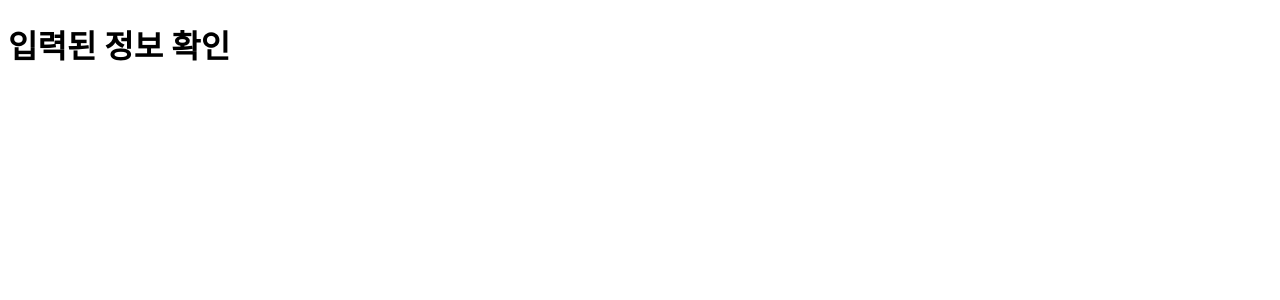
Repository: hyungryuk-zz/JAVA_CLASS
Page: http://localhost/JavaEEPrj/studentResult.jsp
These files come from the project's save history. The page is drawn as it stood at one moment and after the next save; the edit follows.
The browser window is 1280 px wide. The pictures show the whole page.
The page is served by Tomcat 9.

Above is the page before, as saved 2017-07-21 06:38:15.

After the next save:
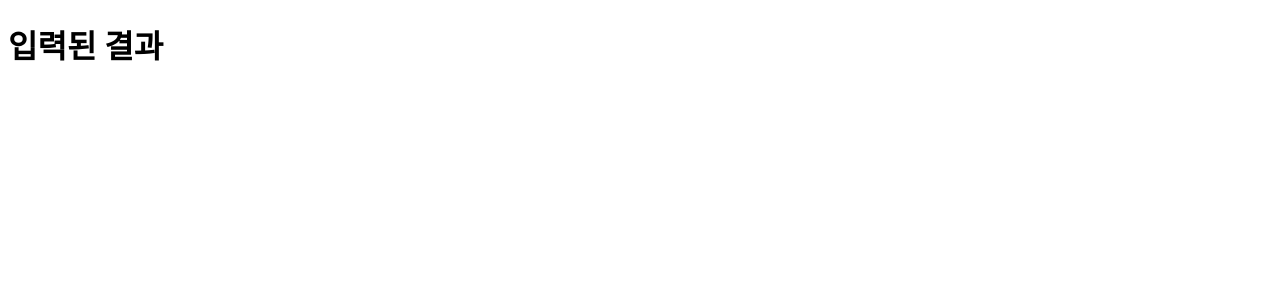
Saved 5 s later.
--- a/JavaEEPrj/WebContent/studentResult.jsp
+++ b/JavaEEPrj/WebContent/studentResult.jsp
@@ -7,6 +7,6 @@
 <title>Insert title here</title>
 </head>
 <body>
-	<h1>입력된 정보 확인</h1>
+	<h1>입력된 결과</h1>
 </body>
 </html>
